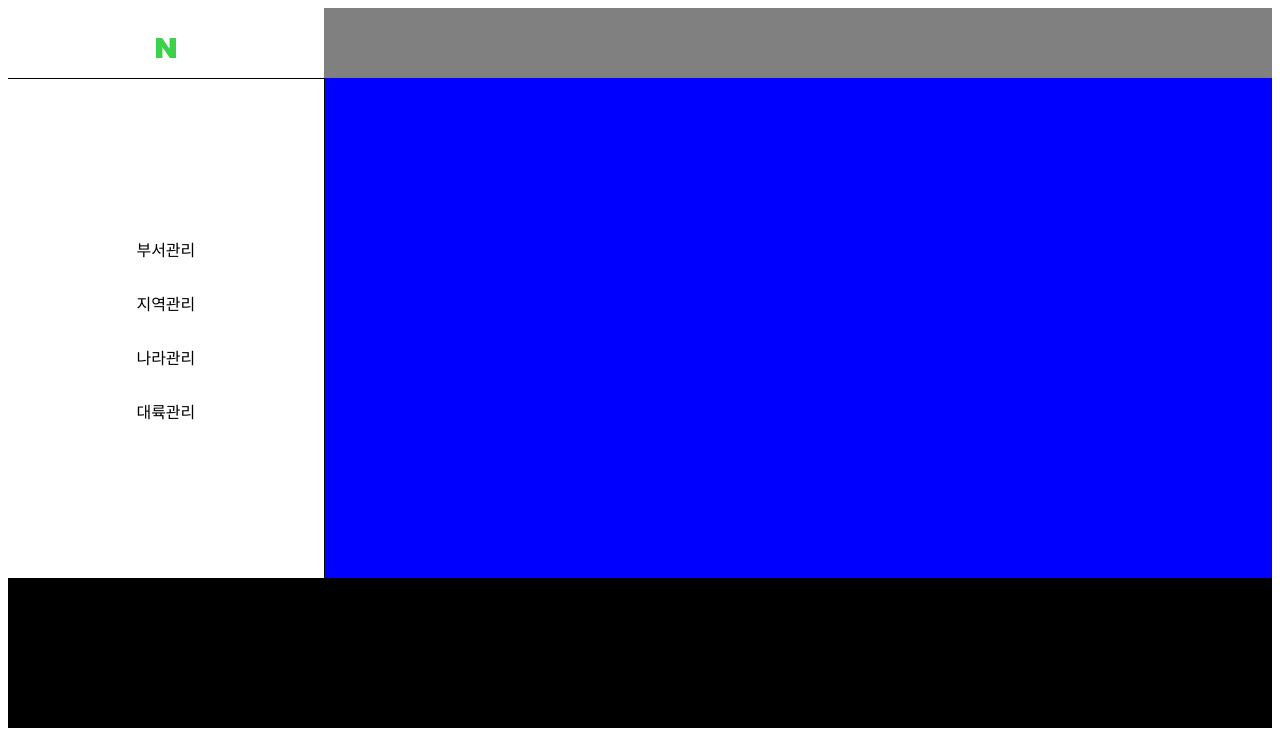
Repository: mireu930/Serverlet_App
Page: src/build/classes/webapp/template/layout.html
These files come from the project's save history. The page is drawn as it stood at one moment and after the next save; the edit follows.
The browser window is 1280 px wide. The pictures show the whole page.

Above is the page before, as saved 2025-02-07 12:04:46.

After the next save:
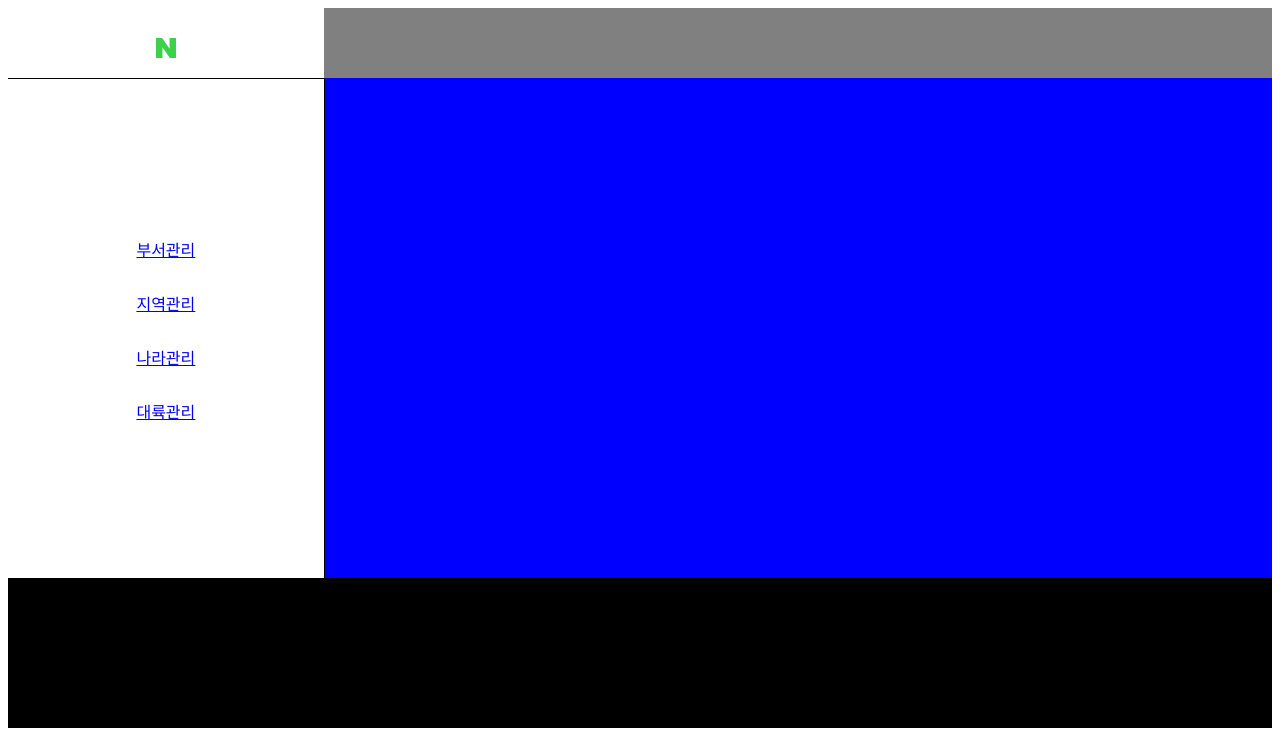
Saved 59 s later.
--- a/src/build/classes/webapp/template/layout.html
+++ b/src/build/classes/webapp/template/layout.html
@@ -90,10 +90,10 @@
   <section class = "wrap_left content">
     <nav class = "left content_left">
       <ul>
-        <li>부서관리</li>
-        <li>지역관리</li>
-        <li>나라관리</li>
-        <li>대륙관리</li>
+        <li><a href="#">부서관리</a></li>
+        <li><a href="#">지역관리</a></li>
+        <li><a href="#">나라관리</a></li>
+        <li><a href="#">대륙관리</a></li>
       </ul>
     </nav>
     <div class = " right content_right">
